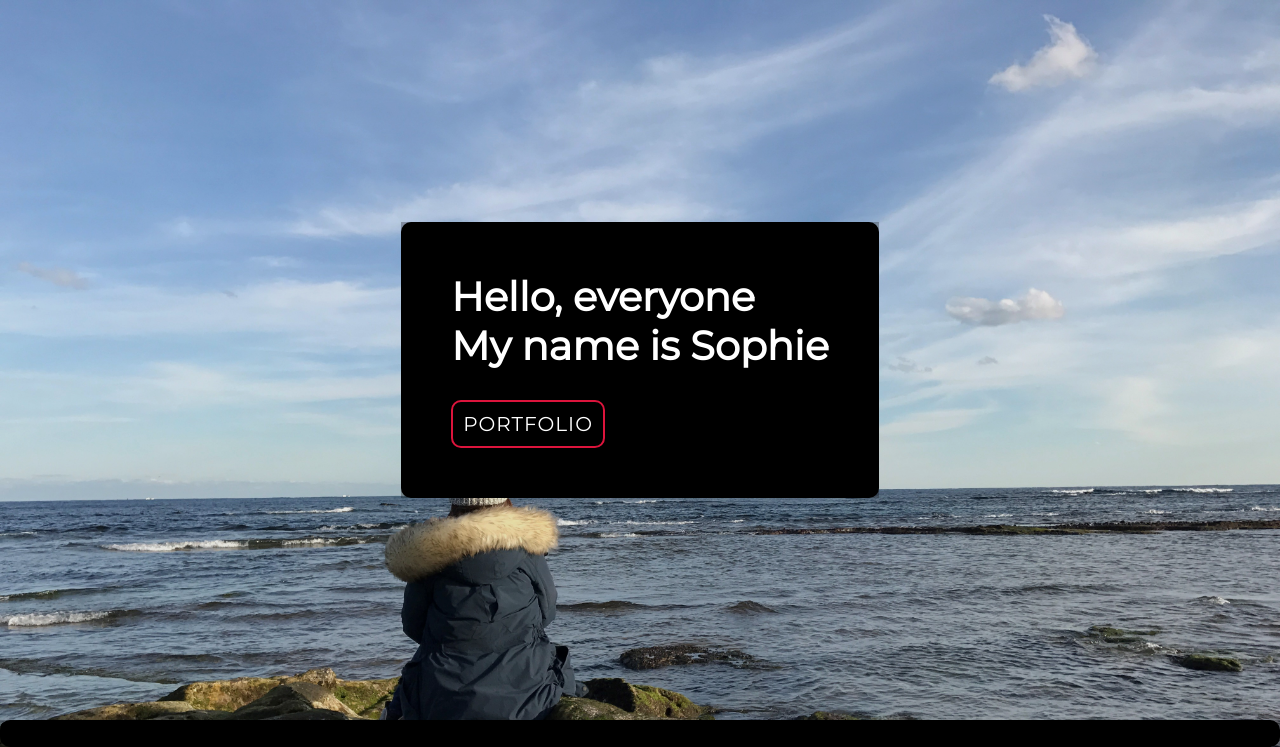
Repository: wenxi0504/StaticWebsite_Profolio
Page: index.html
These files come from the project's save history. The page is drawn as it stood at one moment and after the next save; the edit follows.
The browser window is 1280 px wide. The pictures show the whole page.

Above is the page before, as saved 2022-03-02 00:32:30.

After the next save:
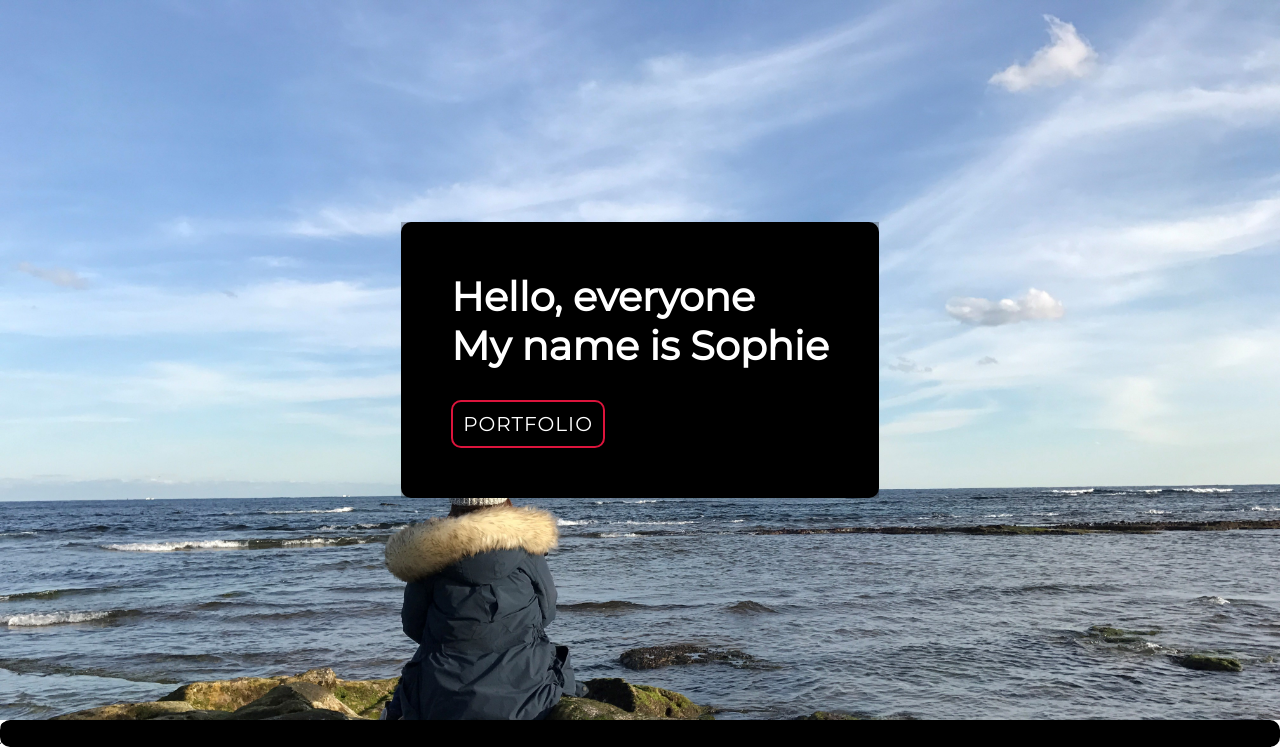
Saved 48 s later.
--- a/style.css
+++ b/style.css
@@ -24,7 +24,7 @@
 }
 
 /* myIntro section */
-#myIntro {
+.myIntro {
   background-image: url(./images/ProfolioBackground.jpg);
   background-size: cover;
   background-position: top center;
@@ -34,7 +34,7 @@
 }
 
 /* background blurring */
-#myIntro ::after {
+.myIntro ::after {
   content: "";
   position: absolute;
   left: 0px;
@@ -61,7 +61,7 @@
 }
 
 
-#myIntro h1 {
+.myIntro h1 {
   display: block;
   width: fit-content;
   margin-top: 5rem;
@@ -72,7 +72,7 @@
 
 }
 
-#myIntro .cta {
+.myIntro .cta {
   display: inline-block;
   margin-left: 5rem;
   margin-bottom: 5rem;
@@ -89,7 +89,7 @@
   transition-property: background-color;
 }
 
-#myIntro .cta:hover {
+.myIntro .cta:hover {
   background-color: crimson;
 }
 

After the save that followed:
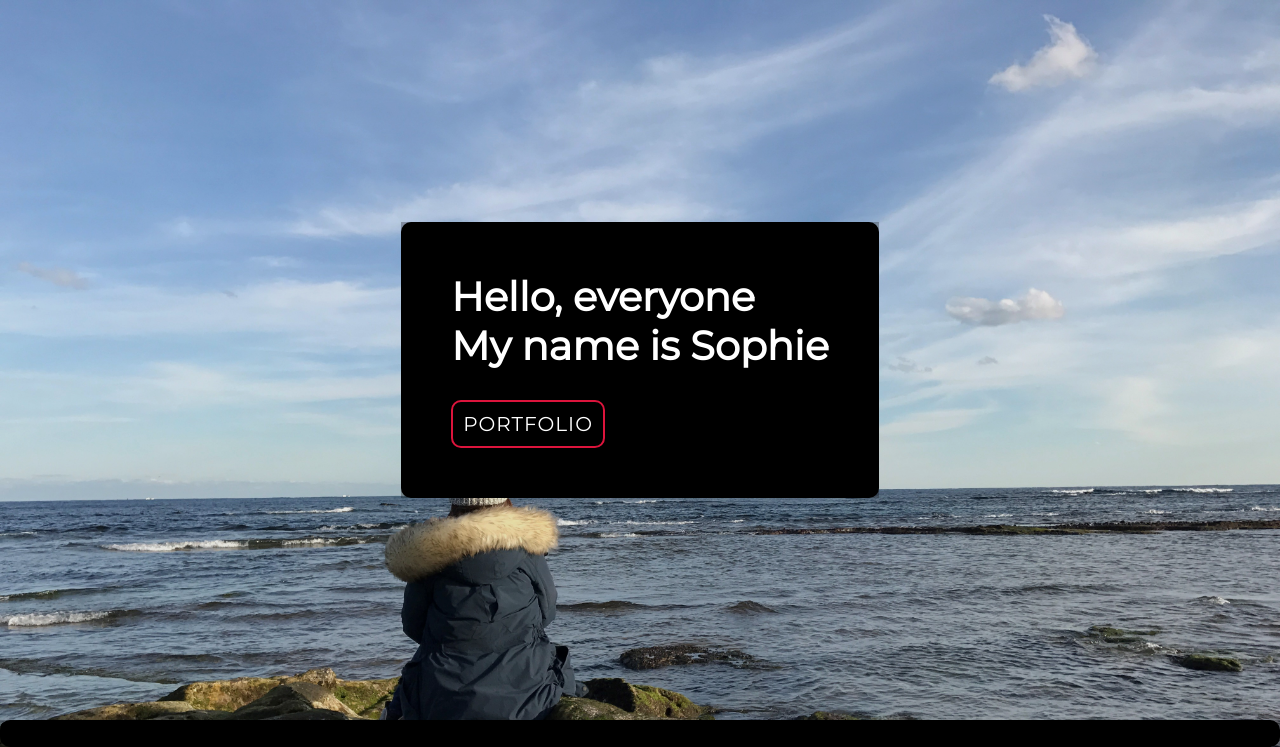
Saved 35 s later.
--- a/style.css
+++ b/style.css
@@ -24,7 +24,7 @@
 }
 
 /* myIntro section */
-.myIntro {
+#myIntro {
   background-image: url(./images/ProfolioBackground.jpg);
   background-size: cover;
   background-position: top center;
@@ -34,7 +34,7 @@
 }
 
 /* background blurring */
-.myIntro ::after {
+#myIntro ::after {
   content: "";
   position: absolute;
   left: 0px;
